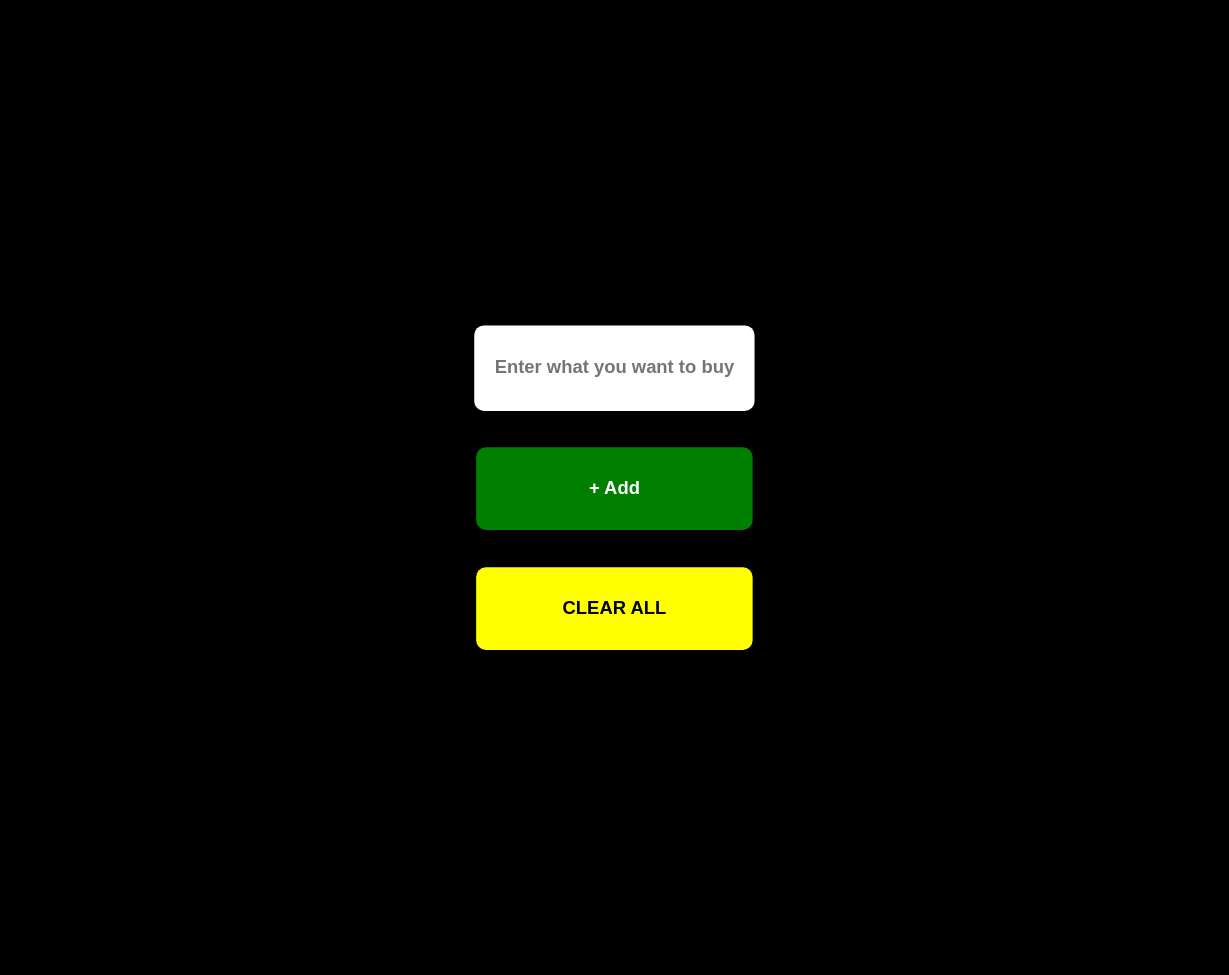
Repository: jcohenp/DI_Exercises
Page: W3/D2/gold/index.html
An editor plug-in stored every save of this project. The page is shown before and after the next save, followed by the edit.
The browser window is 1280 px wide. The pictures show the whole page, at 96% of full size.

Above is the page before, as saved 2020-08-25 12:21:26.

### W3/D2/gold/index.html
<!DOCTYPE html>
<html lang="en">

<head>
    <meta charset="UTF-8">
    <meta name="viewport" content="width=device-width, initial-scale=1.0">
    <title>Document</title>
</head>

<body>
    <div id="root"></div>

    <script src="./js/script.js"></script>
</body>

</html>

### W3/D2/gold/js/script.js
document.body.style.backgroundColor = "black";
document.body.style.margin = "25%";
document.body.style.display = "flex";
document.body.style.textAlign = "center";

function styleAll(element) {
    element.style.lineHeight = "2em";
    element.style.height = "4.5em";
    element.style.width = "15em";
    element.style.borderRadius = "10px"
    element.style.border = "none";
    element.style.margin = "1em"
    element.style.textAlign = "center";
    element.style.fontWeight = "bold"
    element.style.fontSize = "1.2em"

}

function createForm() {
    let root = document.getElementById("root");
    let inputForm = document.createElement("form");
    root.appendChild(inputForm);

    let formField = document.createElement("input");
    formField.type = "text";
    formField.placeholder = "Enter what you want to buy";
    // formField.value = "hello123"
    formField.name = "formField";
    let itemValue = formField.value;
    inputForm.appendChild(formField);
    styleAll(formField);

    let button = document.createElement("button");
    button.innerHTML = "+ Add";
    button.id = ("addButton");
    styleAll(button);
    button.style.backgroundColor = "green";
    button.style.color = "white";
    // button = document.getElementById("addButton")
    button.addEventListener('click', function(e) {
        console.log("C")
        addItem(itemValue);
    });
    button.addEventListener('keypress', function(e) {
        if (e.key === 'Enter') {
            console.log("C");
            addItem(itemValue);
        }
    });
    inputForm.appendChild(button);


    function addItem(itemValue) {
        if (itemValue != null) {
            console.log("item " + itemValue);
            createListItem(itemValue);

        }
    }

    let buttonClear = document.createElement("button");
    buttonClear.innerHTML = "CLEAR ALL";
    inputForm.appendChild(buttonClear);
    styleAll(buttonClear);
    buttonClear.style.backgroundColor = "yellow";
    buttonClear.style.color = "black";
}


function createListItem(itemValue) {
    parent = document.getElementById("root");
    let newItem = document.createElement("div");
    newItem.innerHTML = itemValue;
    newItem.style.color = "white"
    console.log("ItemCreate " + itemValue);
    console.log("createListItem " + newItem);
    styleAll(newItem);
    parent.appendChild(newItem);
}



createForm()

After the next save:
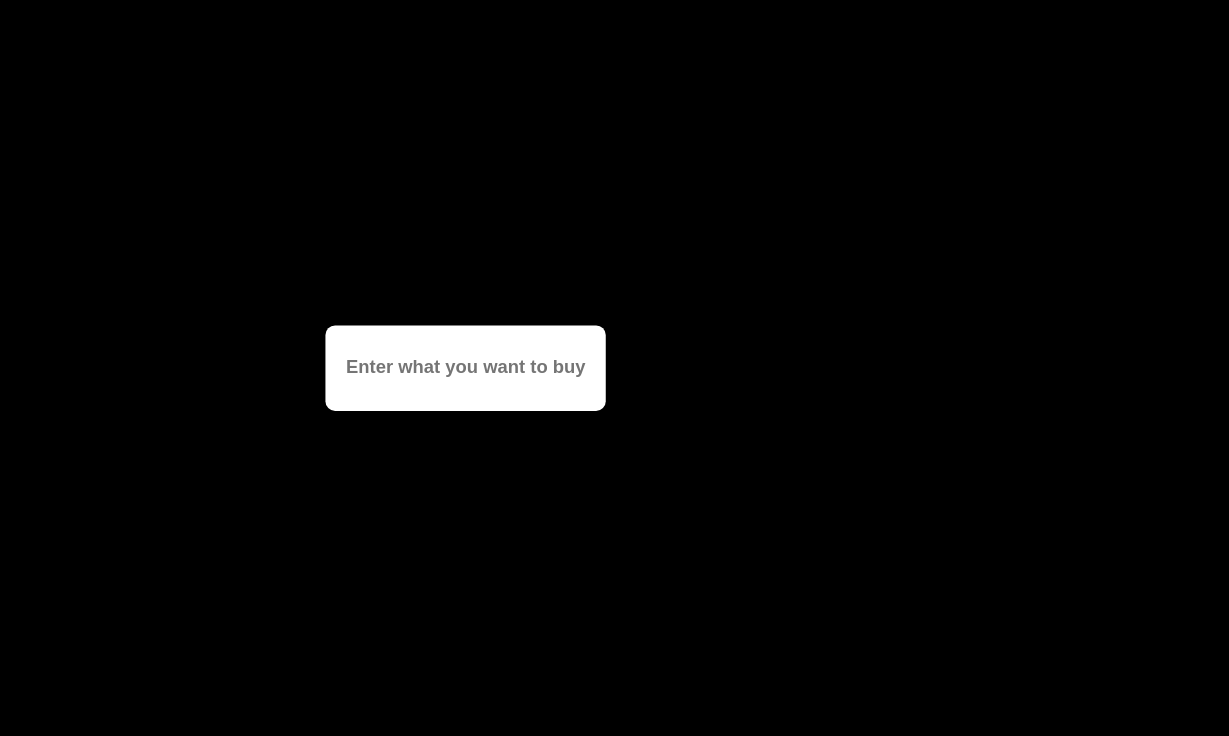
Console error: ReferenceError: form is not defined
Saved 65 s later.
--- a/W3/D2/gold/js/script.js
+++ b/W3/D2/gold/js/script.js
@@ -41,7 +41,7 @@
         console.log("C")
         addItem(itemValue);
     });
-    button.addEventListener('keypress', function(e) {
+    form.Field.addEventListener('keypress', function(e) {
         if (e.key === 'Enter') {
             console.log("C");
             addItem(itemValue);

After the save that followed:
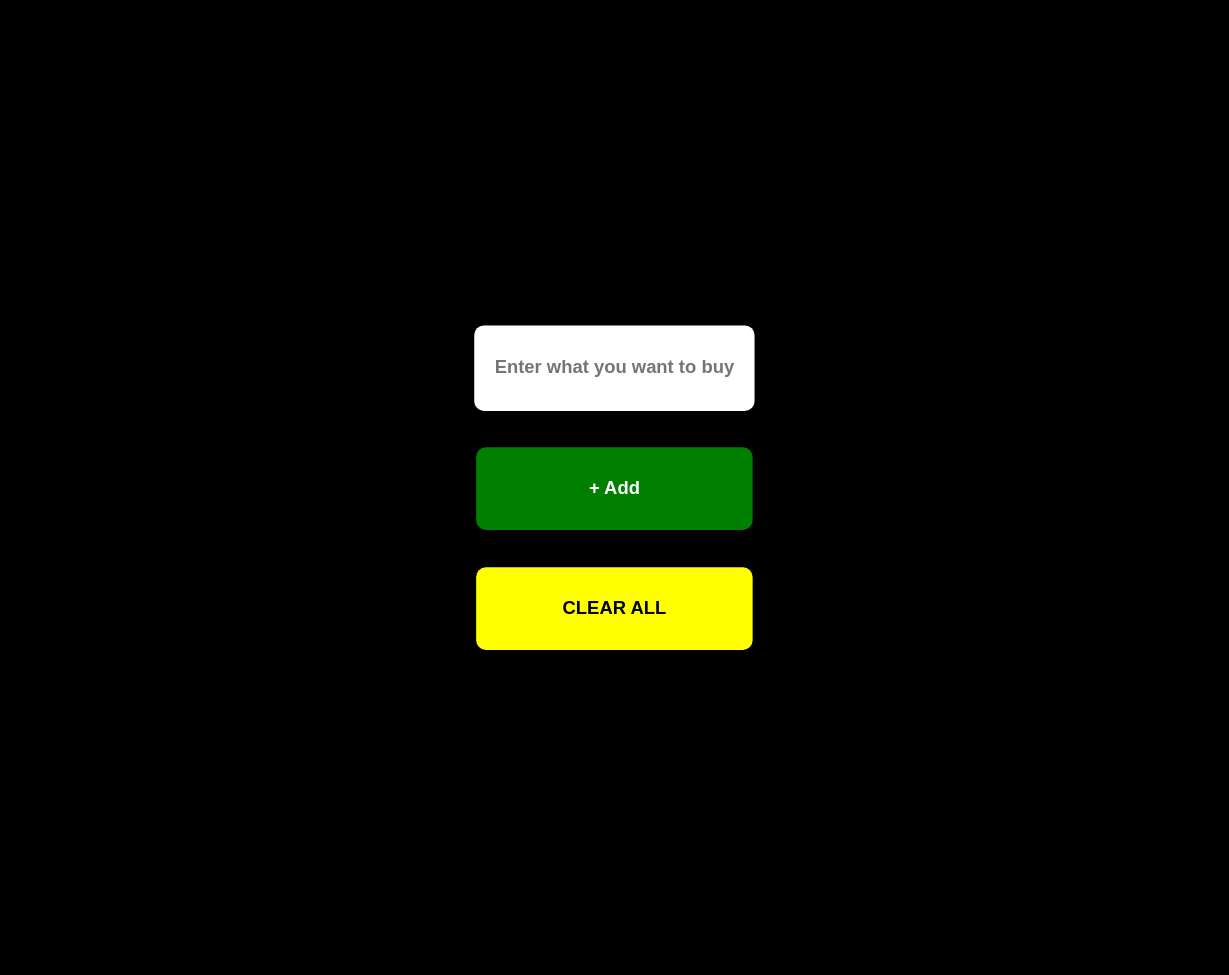
The error is gone.
Saved 11 s later.
--- a/W3/D2/gold/js/script.js
+++ b/W3/D2/gold/js/script.js
@@ -41,7 +41,7 @@
         console.log("C")
         addItem(itemValue);
     });
-    form.Field.addEventListener('keypress', function(e) {
+    formField.addEventListener('keypress', function(e) {
         if (e.key === 'Enter') {
             console.log("C");
             addItem(itemValue);
